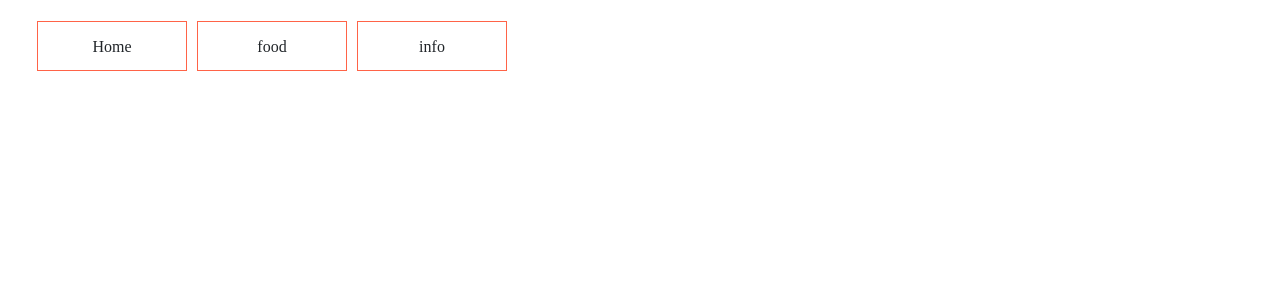
Repository: jini8293/Sist_04
Page: jspwork/jspProject/src/main/webapp/day0305_quiz/readQuiz.html
An editor plug-in stored every save of this project. The page is shown before and after the next save, followed by the edit.
The browser window is 1280 px wide. The pictures show the whole page.
Some web fonts or font styles are not loaded; a fallback is used.

Above is the page before, as saved 2024-03-05 06:07:09.

### jspwork/jspProject/src/main/webapp/day0305_quiz/readQuiz.html
<!DOCTYPE html>
<html>
<head>
<meta charset="UTF-8">
<link
	href="https://fonts.googleapis.com/css2?family=Black+Han+Sans&family=Gowun+Dodum&family=IBM+Plex+Sans+KR&display=swap"
	rel="stylesheet">
<link
	href="https://cdn.jsdelivr.net/npm/bootstrap@5.3.2/dist/css/bootstrap.min.css"
	rel="stylesheet">
<script src="https://code.jquery.com/jquery-3.7.0.js"></script>
<title>Insert title here</title>
<style type="text/css">
	ul li{
		list-style: none;
		width: 150px;
		height: 50px;
		text-align: center;
		line-height: 50px;
		border: 1px solid tomato;
		margin: 5px;
		float: left;
		cursor: pointer;
		font-family: Black Han Sans;
	}
</style>
</head>
<body>
	<ul>
		<li>Home</li>
		<li>food</li>
		<li>info</li>
	</ul>

	<div style="clear: both;"></div>

	<div id="show" style="margin-top: 50px;"></div>
</body>
</html>

After the next save:
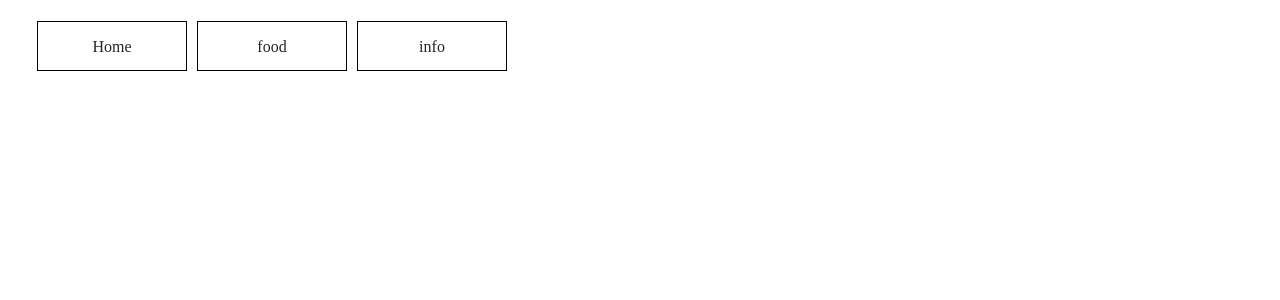
Saved 23 s later.
--- a/jspwork/jspProject/src/main/webapp/day0305_quiz/readQuiz.html
+++ b/jspwork/jspProject/src/main/webapp/day0305_quiz/readQuiz.html
@@ -17,7 +17,7 @@
 		height: 50px;
 		text-align: center;
 		line-height: 50px;
-		border: 1px solid tomato;
+		border: 1px solid black;
 		margin: 5px;
 		float: left;
 		cursor: pointer;
